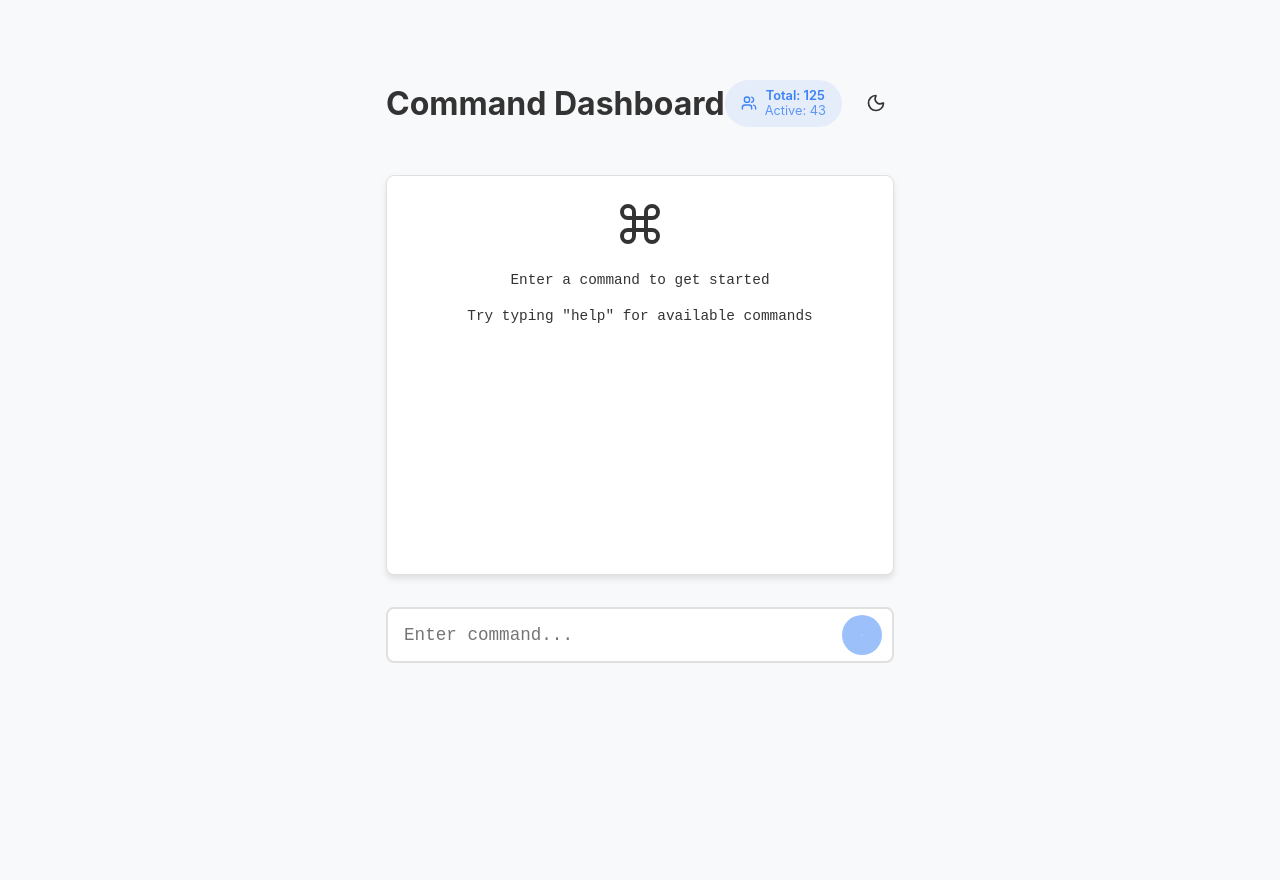
Repository: nipuntaneja05/Discord-role-bot
Page: / (app in frontend/)
An editor plug-in stored every save of this project. The page is shown before and after the next save, followed by the edit.
The browser window is 1280 px wide. The pictures show the whole page.
The project was rebuilt for these pictures with package versions that can differ from the ones it lists, and the page was loaded fresh each time. Also part of the build but not shown: frontend/vite.config.js, frontend/src/App.jsx.

Above is the page before, as saved 2025-03-11 20:15:51.

### frontend/src/main.jsx
import { StrictMode } from 'react'
import { createRoot } from 'react-dom/client'
import './index.css'
import App from './App.jsx'
import Dashboard from './components/Dashboard.jsx'

createRoot(document.getElementById('root')).render(
  <StrictMode>
    <Dashboard />
  </StrictMode>,
)

### frontend/src/components/Dashboard.jsx
"use client";

import { useState, useRef, useEffect } from "react";
import { Command, Send, Users, Moon, Sun } from "lucide-react";
import "./Dashboard.css";

export default function Dashboard() {
  const [command, setCommand] = useState("");
  const [outputs, setOutputs] = useState([]);
  const [totalUsers, setTotalUsers] = useState(125);
  const [activeUsers, setActiveUsers] = useState(42);
  const [darkMode, setDarkMode] = useState(false);
  const outputRef = useRef(null);

  useEffect(() => {
    if (darkMode) {
      document.body.classList.add("dark");
    } else {
      document.body.classList.remove("dark");
    }
  }, [darkMode]);

  const toggleDarkMode = () => {
    setDarkMode(!darkMode);
  };

  const processCommand = (cmd) => {
    if (!cmd.trim()) return;

    const responses = {
      help: "Available commands: help, clear, status, users",
      clear: "Clearing output...",
      status: "All systems operational",
      users: `Total users: ${totalUsers}, Active users: ${activeUsers}`,
      theme: `Theme switched to ${darkMode ? "dark" : "light"} mode`,
    };

    const output = responses[cmd.toLowerCase()] || `Command '${cmd}' not recognized`;

    const newOutput = {
      id: Date.now().toString(),
      command: cmd,
      output,
      timestamp: new Date(),
    };

    setOutputs((prev) => [...prev, newOutput]);
    setCommand("");

    if (cmd.toLowerCase() === "clear") {
      setTimeout(() => {
        setOutputs([]);
      }, 500);
    }
  };

  const handleSubmit = (e) => {
    e.preventDefault();
    processCommand(command);
  };

  useEffect(() => {
    const interval = setInterval(() => {
      setActiveUsers((prev) => {
        const change = Math.floor(Math.random() * 5) - 2;
        return Math.max(1, prev + change);
      });
    }, 5000);

    return () => clearInterval(interval);
  }, []);

  useEffect(() => {
    if (outputRef.current) {
      outputRef.current.scrollTop = outputRef.current.scrollHeight;
    }
  }, [outputs]);

  return (
    <div className={`dashboard-container ${darkMode ? "dark" : ""}`}>
      <div className="dashboard-header">
        <h1>Command Dashboard</h1>
        <div className="user-stats">
          <div className="user-counter">
            <Users size={16} />
            <div className="user-numbers">
              <div className="total-users">Total: {totalUsers}</div>
              <div className="active-users">Active: {activeUsers}</div>
            </div>
          </div>
          <button className="theme-toggle" onClick={toggleDarkMode}>
            {darkMode ? <Sun size={20} /> : <Moon size={20} />}
          </button>
        </div>
      </div>
      <div className="output-card">
        <div ref={outputRef} className="output-display">
          {outputs.length === 0 ? (
            <div className="empty-state">
              <Command size={48} />
              <p>Enter a command to get started</p>
              <p className="hint">Try typing "help" for available commands</p>
            </div>
          ) : (
            outputs.map((item) => (
              <div key={item.id} className="output-item">
                <div className="command-line">
                  <span className="prompt">$</span>
                  <span className="command-text">{item.command}</span>
                  <span className="timestamp">{item.timestamp.toLocaleTimeString()}</span>
                </div>
                <div className="response-text">{item.output}</div>
              </div>
            ))
          )}
        </div>
      </div>
      <form onSubmit={handleSubmit} className="command-form">
        <div className="input-container">
          <input
            value={command}
            onChange={(e) => setCommand(e.target.value)}
            placeholder="Enter command..."
            className="command-input"
            autoComplete="off"
          />
          <button
            type="submit"
            className={`submit-button ${!command.trim() ? "disabled" : ""}`}
            disabled={!command.trim()}
          >
            <Send size={16} />
          </button>
        </div>
      </form>
    </div>
  );
}

### frontend/src/components/Dashboard.css
/* Base styles */
:root {
    --bg-color: #f8f9fa;
    --text-color: #333;
    --card-bg: #fff;
    --border-color: #e0e0e0;
    --primary-color: #3b82f6;
    --primary-hover: #2563eb;
    --secondary-color: #6b7280;
    --accent-color: #f3f4f6;
    --input-bg: #fff;
    --shadow-color: rgba(0, 0, 0, 0.1);
    --empty-icon-color: #d1d5db;
    --transition-speed: 0.3s;
}

.dark {
    --bg-color: #1a1a1a;
    --text-color: #e0e0e0;
    --card-bg: #2a2a2a;
    --border-color: #3a3a3a;
    --primary-color: #3b82f6;
    --primary-hover: #60a5fa;
    --secondary-color: #9ca3af;
    --accent-color: #374151;
    --input-bg: #333;
    --shadow-color: rgba(0, 0, 0, 0.3);
    --empty-icon-color: #4b5563;
}

body {
    margin: 0;
    padding: 0;
    font-family: -apple-system, BlinkMacSystemFont, "Segoe UI", Roboto, Oxygen, Ubuntu, Cantarell, "Open Sans", "Helvetica Neue", sans-serif;
    background-color: var(--bg-color);
    color: var(--text-color);
    transition: background-color var(--transition-speed), color var(--transition-speed);
}

/* Dashboard container */
.dashboard-container {
    max-width: 1400px; /* Increased max-width for wider layout */
    margin: 0 auto;
    padding: 3rem; /* Increased padding for better spacing */
    min-height: 100vh;
}

/* Header styles */
.dashboard-header {
    display: flex;
    justify-content: space-between;
    align-items: center;
    margin-bottom: 3rem; /* Increased margin for better spacing */
}

.dashboard-header h1 {
    font-size: 2rem; /* Slightly larger font size */
    margin: 0;
}
  .user-stats {
    display: flex;
    align-items: center;
    gap: 1rem;
  }

  .user-counter {
    display: flex;
    align-items: center;
    gap: 0.5rem;
    background-color: rgba(59, 130, 246, 0.1);
    color: var(--primary-color);
    padding: 0.5rem 1rem;
    border-radius: 2rem;
    animation: pulse 2s infinite;
  }

  .user-numbers {
    display: flex;
    flex-direction: column;
    font-size: 0.8rem;
    line-height: 1.2;
  }

  .total-users {
    font-weight: 600;
  }

  .active-users {
    opacity: 0.8;
  }

  .theme-toggle {
    background: none;
    border: none;
    color: var(--text-color);
    cursor: pointer;
    padding: 0.5rem;
    border-radius: 50%;
    display: flex;
    align-items: center;
    justify-content: center;
    transition: background-color var(--transition-speed);
  }

  .theme-toggle:hover {
    background-color: var(--accent-color);
  }

  /* Output card styles */
  .output-card {
    background-color: var(--card-bg);
    border: 1px solid var(--border-color);
    border-radius: 0.5rem;
    box-shadow: 0 4px 6px var(--shadow-color);
    margin-bottom: 2rem;
    overflow: hidden;
    transition: background-color var(--transition-speed), border-color var(--transition-speed);
  }

  .output-display {
    height: 350px;
    overflow-y: auto;
    padding: 1.5rem;
    font-family: "Courier New", Courier, monospace;
    font-size: 0.9rem;
  }

  /* Command form styles */
  .command-form {
    position: relative;
  }

  .input-container {
    position: relative;
    display: flex;
  }

  .command-input {
    width: 100%;
    padding: 1rem 3.5rem 1rem 1rem;
    font-size: 1.1rem;
    border: 2px solid var(--border-color);
    border-radius: 0.5rem;
    background-color: var(--input-bg);
    color: var(--text-color);
    font-family: "Courier New", Courier, monospace;
    transition: border-color var(--transition-speed), background-color var(--transition-speed);
  }

  .command-input:focus {
    outline: none;
    border-color: var(--primary-color);
    box-shadow: 0 0 0 3px rgba(59, 130, 246, 0.2);
  }

  .submit-button {
    position: absolute;
    right: 0.75rem;
    top: 50%;
    transform: translateY(-50%);
    background-color: var(--primary-color);
    color: white;
    border: none;
    border-radius: 50%;
    width: 2.5rem;
    height: 2.5rem;
    display: flex;
    align-items: center;
    justify-content: center;
    cursor: pointer;
    transition: background-color var(--transition-speed);
  }

  .submit-button:hover {
    background-color: var(--primary-hover);
  }

  .submit-button.disabled {
    opacity: 0.5;
    cursor: not-allowed;
  }

Loaded but not shown: frontend/index.html (common file); frontend/src/index.css (common file); frontend/src/App.css (common file)

After the next save:
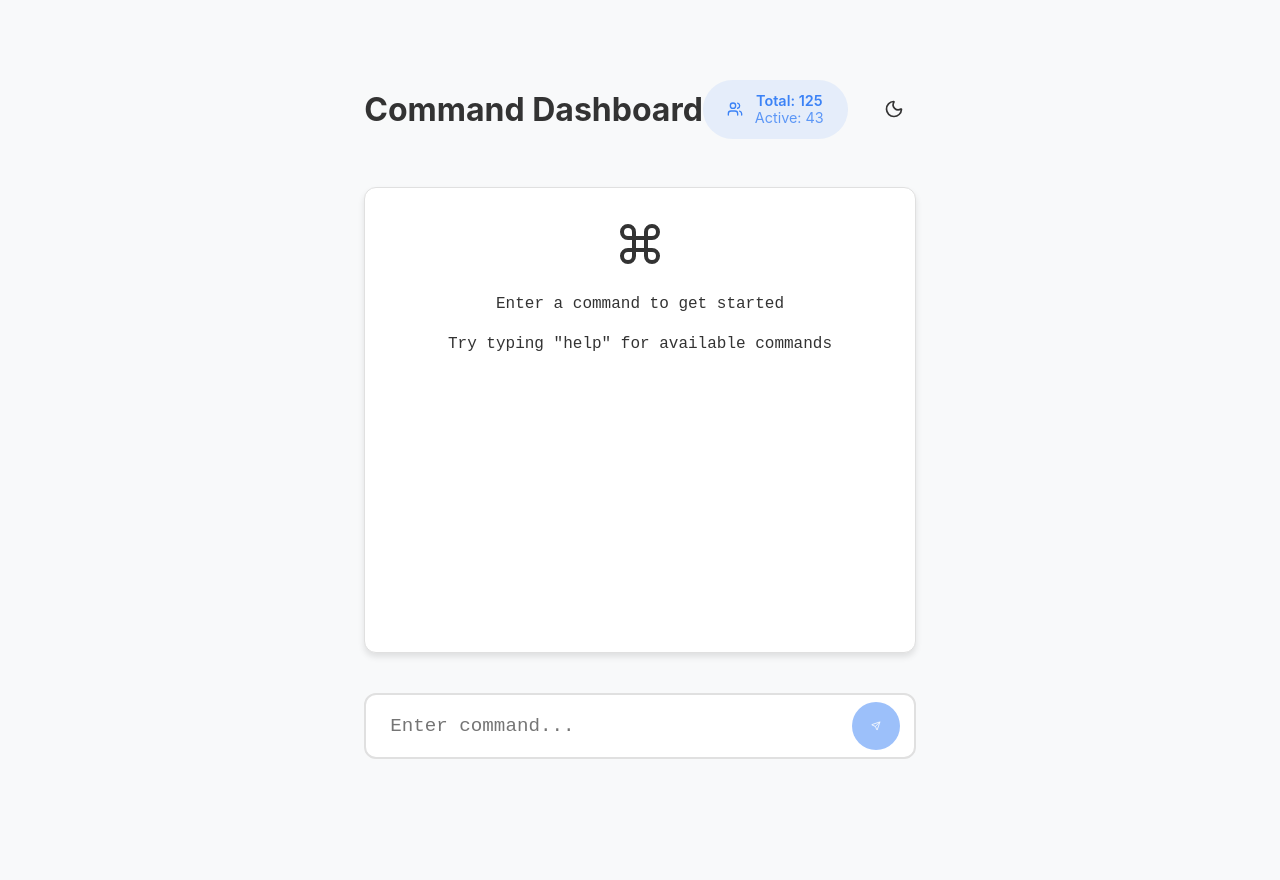
Saved 46 s later.
--- a/frontend/src/components/Dashboard.css
+++ b/frontend/src/components/Dashboard.css
@@ -57,125 +57,127 @@ body {
     font-size: 2rem; /* Slightly larger font size */
     margin: 0;
 }
-  .user-stats {
+
+.user-stats {
     display: flex;
     align-items: center;
-    gap: 1rem;
-  }
+    gap: 1.5rem; /* Increased gap between elements */
+}
 
-  .user-counter {
+.user-counter {
     display: flex;
     align-items: center;
-    gap: 0.5rem;
+    gap: 0.75rem; /* Increased gap */
     background-color: rgba(59, 130, 246, 0.1);
     color: var(--primary-color);
-    padding: 0.5rem 1rem;
+    padding: 0.75rem 1.5rem; /* Increased padding */
     border-radius: 2rem;
     animation: pulse 2s infinite;
-  }
+}
 
-  .user-numbers {
+.user-numbers {
     display: flex;
     flex-direction: column;
-    font-size: 0.8rem;
+    font-size: 0.9rem; /* Slightly larger font size */
     line-height: 1.2;
-  }
+}
 
-  .total-users {
+.total-users {
     font-weight: 600;
-  }
+}
 
-  .active-users {
+.active-users {
     opacity: 0.8;
-  }
+}
 
-  .theme-toggle {
+.theme-toggle {
     background: none;
     border: none;
     color: var(--text-color);
     cursor: pointer;
-    padding: 0.5rem;
+    padding: 0.75rem; /* Increased padding */
     border-radius: 50%;
     display: flex;
     align-items: center;
     justify-content: center;
     transition: background-color var(--transition-speed);
-  }
+}
 
-  .theme-toggle:hover {
+.theme-toggle:hover {
     background-color: var(--accent-color);
-  }
+}
 
-  /* Output card styles */
-  .output-card {
+/* Output card styles */
+.output-card {
     background-color: var(--card-bg);
     border: 1px solid var(--border-color);
-    border-radius: 0.5rem;
+    border-radius: 0.75rem; /* Slightly larger border radius */
     box-shadow: 0 4px 6px var(--shadow-color);
-    margin-bottom: 2rem;
+    margin-bottom: 2.5rem; /* Increased margin for better spacing */
     overflow: hidden;
     transition: background-color var(--transition-speed), border-color var(--transition-speed);
-  }
+}
 
-  .output-display {
-    height: 350px;
+.output-display {
+    height: 400px; /* Increased height */
     overflow-y: auto;
-    padding: 1.5rem;
+    padding: 2rem; /* Increased padding */
     font-family: "Courier New", Courier, monospace;
-    font-size: 0.9rem;
-  }
+    font-size: 1rem; /* Slightly larger font size */
+}
 
-  /* Command form styles */
-  .command-form {
+/* Command form styles */
+.command-form {
     position: relative;
-  }
+    margin-bottom: 2.5rem; /* Increased margin for better spacing */
+}
 
-  .input-container {
+.input-container {
     position: relative;
     display: flex;
-  }
+}
 
-  .command-input {
+.command-input {
     width: 100%;
-    padding: 1rem 3.5rem 1rem 1rem;
-    font-size: 1.1rem;
+    padding: 1.25rem 4rem 1.25rem 1.5rem; /* Increased padding */
+    font-size: 1.2rem; /* Slightly larger font size */
     border: 2px solid var(--border-color);
-    border-radius: 0.5rem;
+    border-radius: 0.75rem; /* Slightly larger border radius */
     background-color: var(--input-bg);
     color: var(--text-color);
     font-family: "Courier New", Courier, monospace;
     transition: border-color var(--transition-speed), background-color var(--transition-speed);
-  }
+}
 
-  .command-input:focus {
+.command-input:focus {
     outline: none;
     border-color: var(--primary-color);
     box-shadow: 0 0 0 3px rgba(59, 130, 246, 0.2);
-  }
+}
 
-  .submit-button {
+.submit-button {
     position: absolute;
-    right: 0.75rem;
+    right: 1rem; /* Adjusted position */
     top: 50%;
     transform: translateY(-50%);
     background-color: var(--primary-color);
     color: white;
     border: none;
     border-radius: 50%;
-    width: 2.5rem;
-    height: 2.5rem;
+    width: 3rem; /* Slightly larger button */
+    height: 3rem; /* Slightly larger button */
     display: flex;
     align-items: center;
     justify-content: center;
     cursor: pointer;
     transition: background-color var(--transition-speed);
-  }
+}
 
-  .submit-button:hover {
+.submit-button:hover {
     background-color: var(--primary-hover);
-  }
+}
 
-  .submit-button.disabled {
+.submit-button.disabled {
     opacity: 0.5;
     cursor: not-allowed;
-  }
+}
